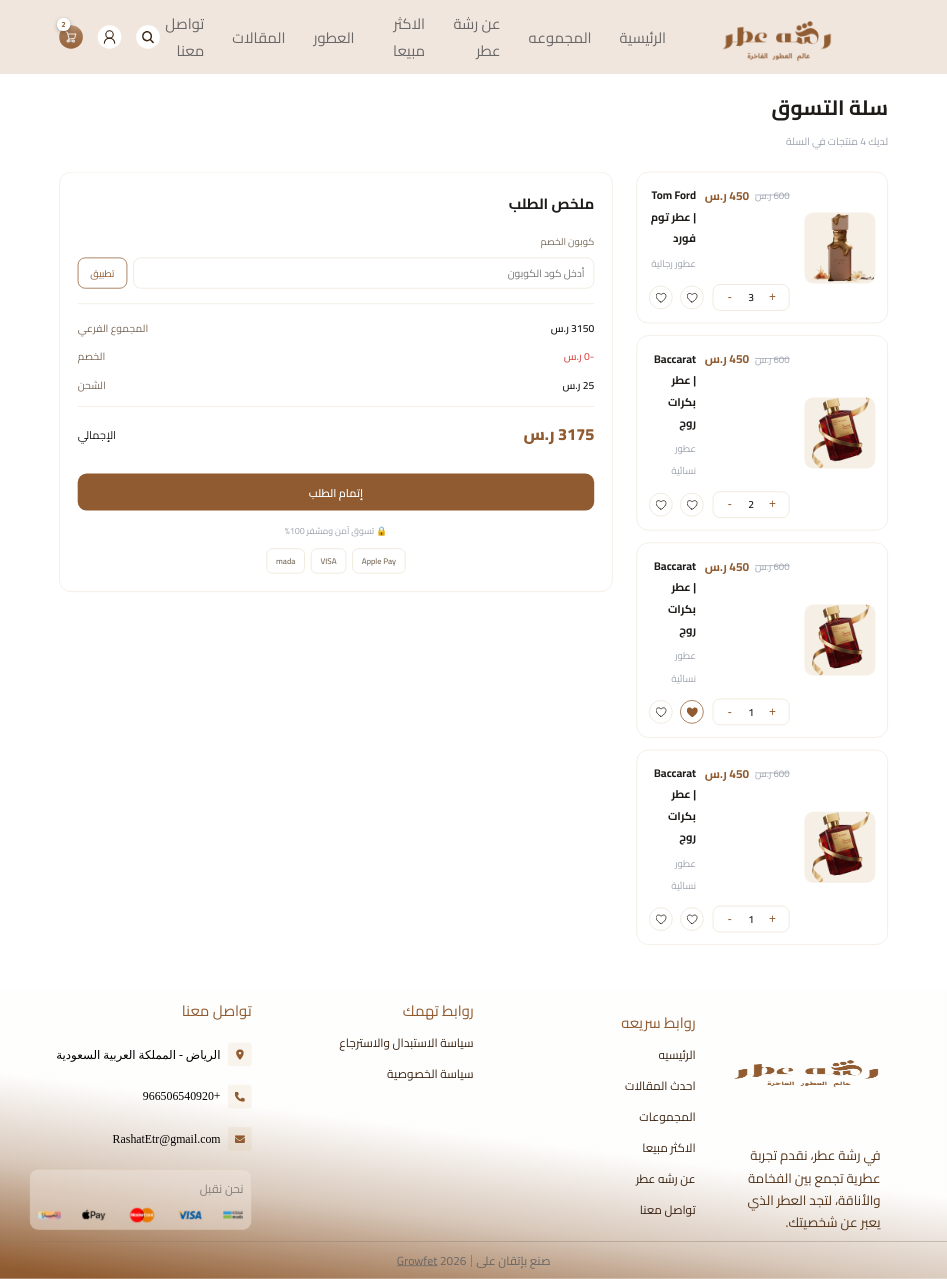
Repository: mahmoudesh74/rashet-3tr
Page: /ShoppingBasket
These files come from the project's save history. The page is drawn as it stood at one moment and after the next save; the edit follows.
The browser window is 1280 px wide. The pictures show the whole page, at 74% of full size.
Some web fonts or font styles are not loaded; a fallback is used. The project was rebuilt for these pictures with package versions that can differ from the ones it lists, and the page was loaded fresh each time. Also part of the build but not shown: vite.config.js, src/App.css, src/components/HeaderSection/Header.css, src/components/HeaderSection/Header.jsx, src/components/GroupSection/GroupSection.css, src/components/GroupSection/GroupSection.jsx, src/components/AboutSection/AboutSection.css, src/components/AboutSection/AboutSection.jsx and 35 more. Imported but missing from the stored project, and not drawn on this page: src/assets/vedio.mp4.

Above is the page before, as saved 2026-09-28 23:12:38.

After the next save:
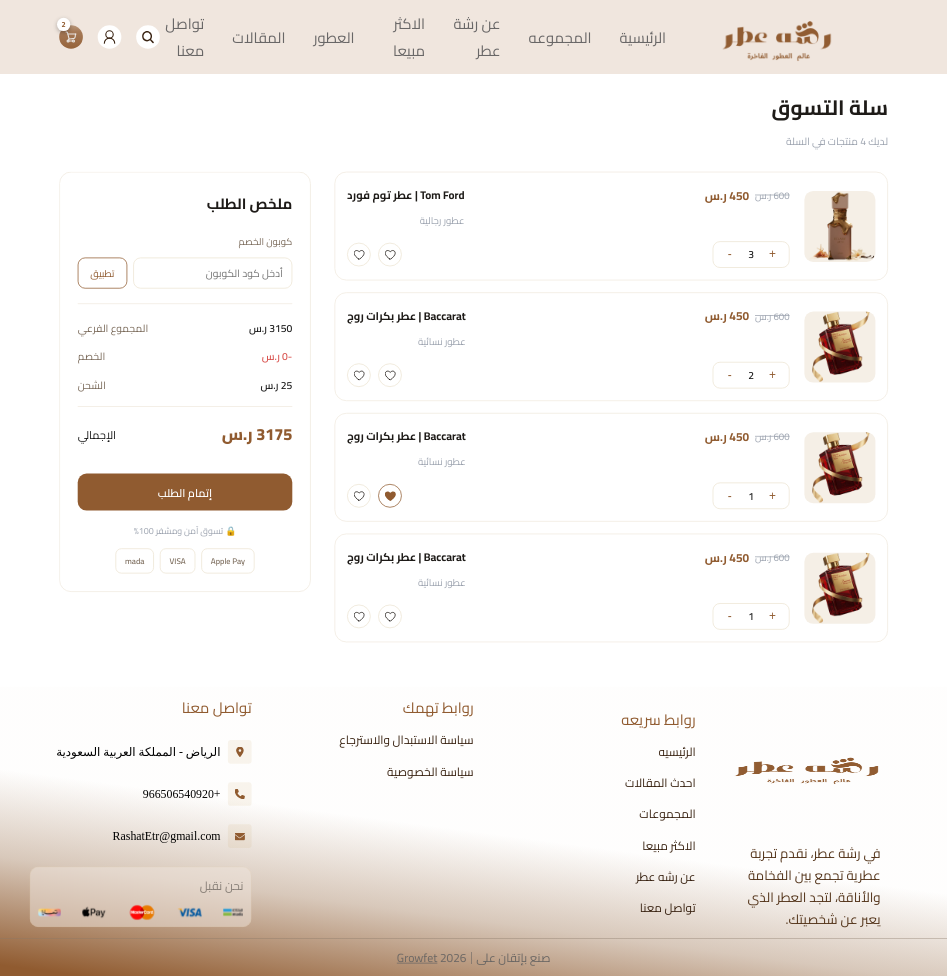
Saved 67 s later.
--- a/src/pages/ShoppingBasket/ShoppingBasket.css
+++ b/src/pages/ShoppingBasket/ShoppingBasket.css
@@ -25,7 +25,7 @@
 
 .cart-page-layout {
   display: grid;
-  grid-template-columns: 340px 1fr;
+  grid-template-columns:  1fr 340px;
   gap: 32px;
   align-items: start;
 }
